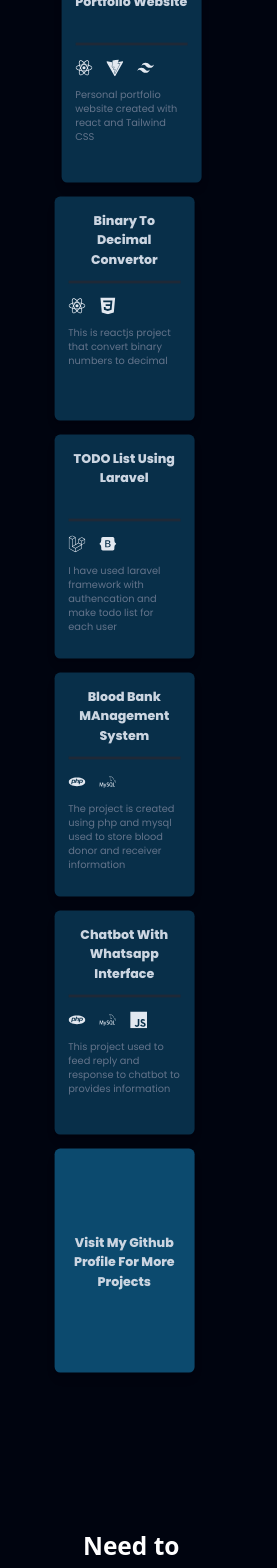
Repository: sibi24sibi/MyPersonalPortfolio
Page: /
The author's editor kept a copy of each file at every save. The page is drawn from the files as they stood at one save, then again after the next save.
The browser window is 375 px wide. The page is 395 px wide, so the pictures cover 395 px, including what lies to the right of the window. The pictures show the part of the page from y = 2277 to 4517 px (the page is 5346 px tall), at 70% of full size.
The project was rebuilt for these pictures with package versions that can differ from the ones it lists, and the page was loaded fresh each time. Also part of the build but not shown: vite.config.js, src/components/Menu.jsx, src/components/Footer.jsx.

Above is the page before, as saved 2024-05-03 20:17:47.

After the next save:
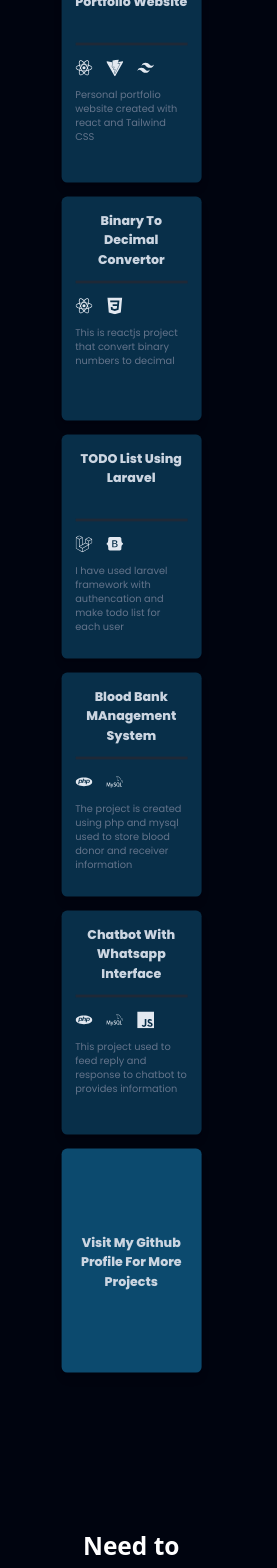
Saved 15 s later.
--- a/src/components/proj_style.css
+++ b/src/components/proj_style.css
@@ -39,7 +39,7 @@
     margin-left:unset;
   }
   .card:not(:first-child) {
-    margin-left:unset;
+    margin-left:auto;
 
   }
   .card:hover ~ .card {
